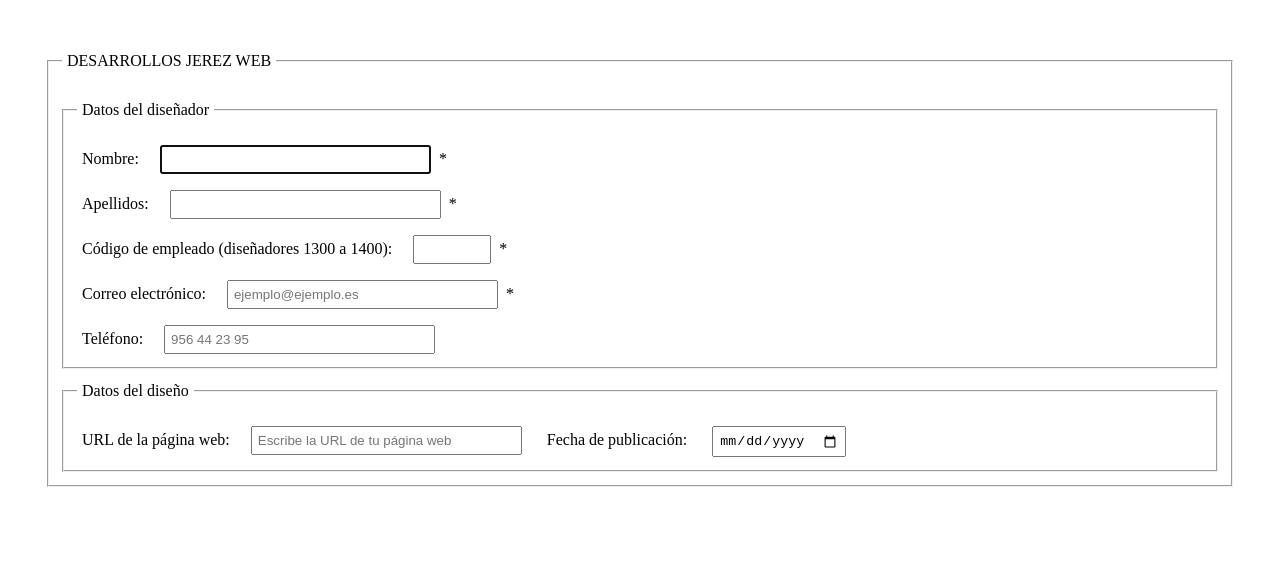
Repository: iSaan86/EV_Practica_FormularioCSS
Page: index.html
These files come from the project's save history. The page is drawn as it stood at one moment and after the next save; the edit follows.
The browser window is 1280 px wide. The pictures show the whole page.

Above is the page before, as saved 2024-01-11 16:52:05.

### index.html
<!DOCTYPE html>
<html lang="es-ES">

<head>
    <meta charset="UTF-8">
    <meta name="viewport" content="width=device-width, initial-scale=1.0">
    <meta name="keywords" content="formulario, html, css, practica">
    <meta name="description" content="Formularios">
    <meta name="author" content="Alexandra Ferrera Arenas">
    <link rel="icon" type="image/x-icon" href="img/logo-giro.png">
    <link rel="stylesheet" href="css/estilo.css">
    <title> PRACTICA DE FORMULARIOS </title>
</head>

<body>
    <!-- ABRO FORMULARIO -->
    <form method="get" action="" name="formulario1" id="formulario1">
        <!--AGRUPACION GENERAL-->
        <fieldset>
            <legend class="datos">DESARROLLOS JEREZ WEB</legend>
            <fieldset><legend class="datos2">Datos del diseñador</legend>
                <label for="nombre">Nombre:</label><input type="text" id="nombre" name="nombre" alt="indique su nombre" size="30%" autofocus required minlength="2" maxlength="50">*<br>
                <label for="apellidos">Apellidos:</label><input type="text" id="apellidos" name="apellidos" alt="indique sus apellidos" size="30%" required minlength="2" maxlength="50">*<br>
                <label for="codigo">Código de empleado (diseñadores 1300 a 1400):</label><input type="number" id="codigo" name="codigo" alt="indique su código de empleado" required min="1300" max="1400">*<br>
                <label for="email">Correo electrónico:</label><input type="email" id="email" name="email" alt="indique su email" size="30%" placeholder="ejemplo@ejemplo.es" required>*<br>
                <label for="telefono">Teléfono:</label><input type="tel" id="telefono"  name="telefono" alt="indique su telefono" size="30%" placeholder="956 44 23 95"><br>
            </fieldset>
            <fieldset><legend class="datos2">Datos del diseño</legend>
                <label for="url">URL de la página web:</label><input type="url" id="url" name="url" alt="indique la URL de la pagina web" size="30%" placeholder="Escribe la URL de tu página web">
                <label for="fecha">Fecha de publicación:</label> <input type="date" name="fecha" id="fecha">
            </fieldset>













        </fieldset>
    </form>




</body>





</html>

### css/estilo.css
@charset "UTF-8";

/* Para todo el html */
*{
    padding: 5px;
    margin:8px;
}

After the next save:
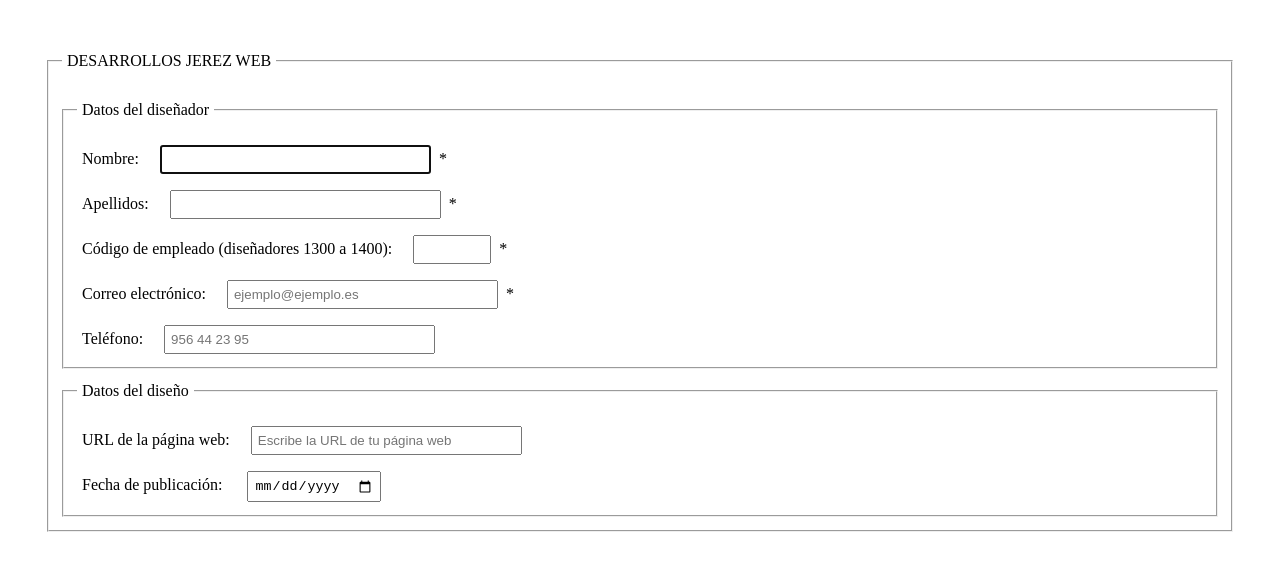
Saved 10 s later.
--- a/index.html
+++ b/index.html
@@ -26,7 +26,7 @@
                 <label for="telefono">Teléfono:</label><input type="tel" id="telefono"  name="telefono" alt="indique su telefono" size="30%" placeholder="956 44 23 95"><br>
             </fieldset>
             <fieldset><legend class="datos2">Datos del diseño</legend>
-                <label for="url">URL de la página web:</label><input type="url" id="url" name="url" alt="indique la URL de la pagina web" size="30%" placeholder="Escribe la URL de tu página web">
+                <label for="url">URL de la página web:</label><input type="url" id="url" name="url" alt="indique la URL de la pagina web" size="30%" placeholder="Escribe la URL de tu página web"><br>
                 <label for="fecha">Fecha de publicación:</label> <input type="date" name="fecha" id="fecha">
             </fieldset>
 
